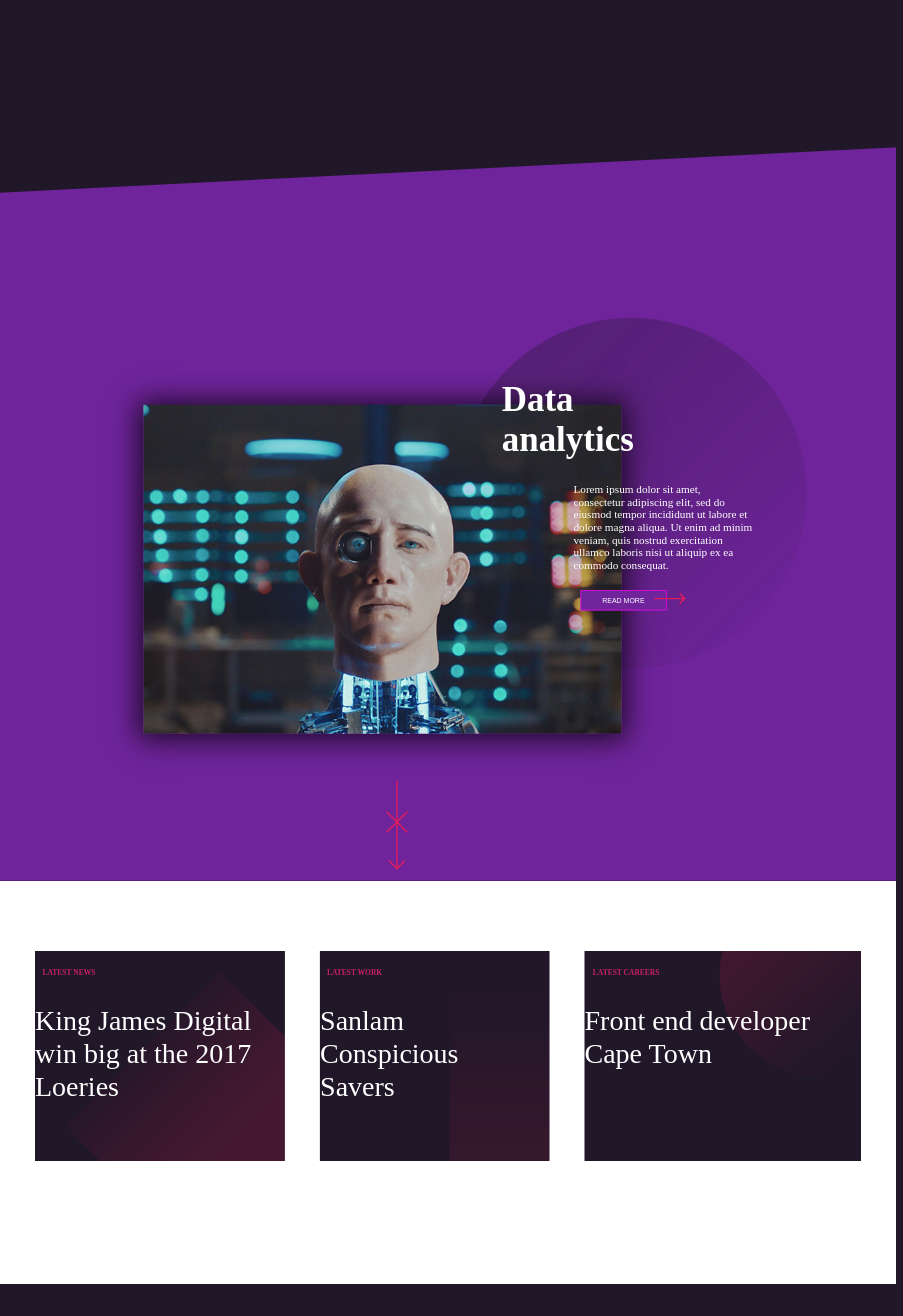
Repository: Ajtheult/King-James-Site
Page: index.html
An editor plug-in stored every save of this project. The page is shown before and after the next save, followed by the edit.
The browser window is 1280 px wide. The page is 1290 px wide, so the pictures cover 1290 px, including what lies to the right of the window. The pictures show the part of the page from y = 2051 to 3931 px (the page is 3931 px tall), at 70% of full size.
Some web fonts or font styles are not loaded; a fallback is used. The style sheet was rebuilt from its Sass, Less or Tailwind sources for each picture, by a compiler version that may differ from the author's.

Above is the page before, as saved 2020-08-21 14:37:33.

After the next save:
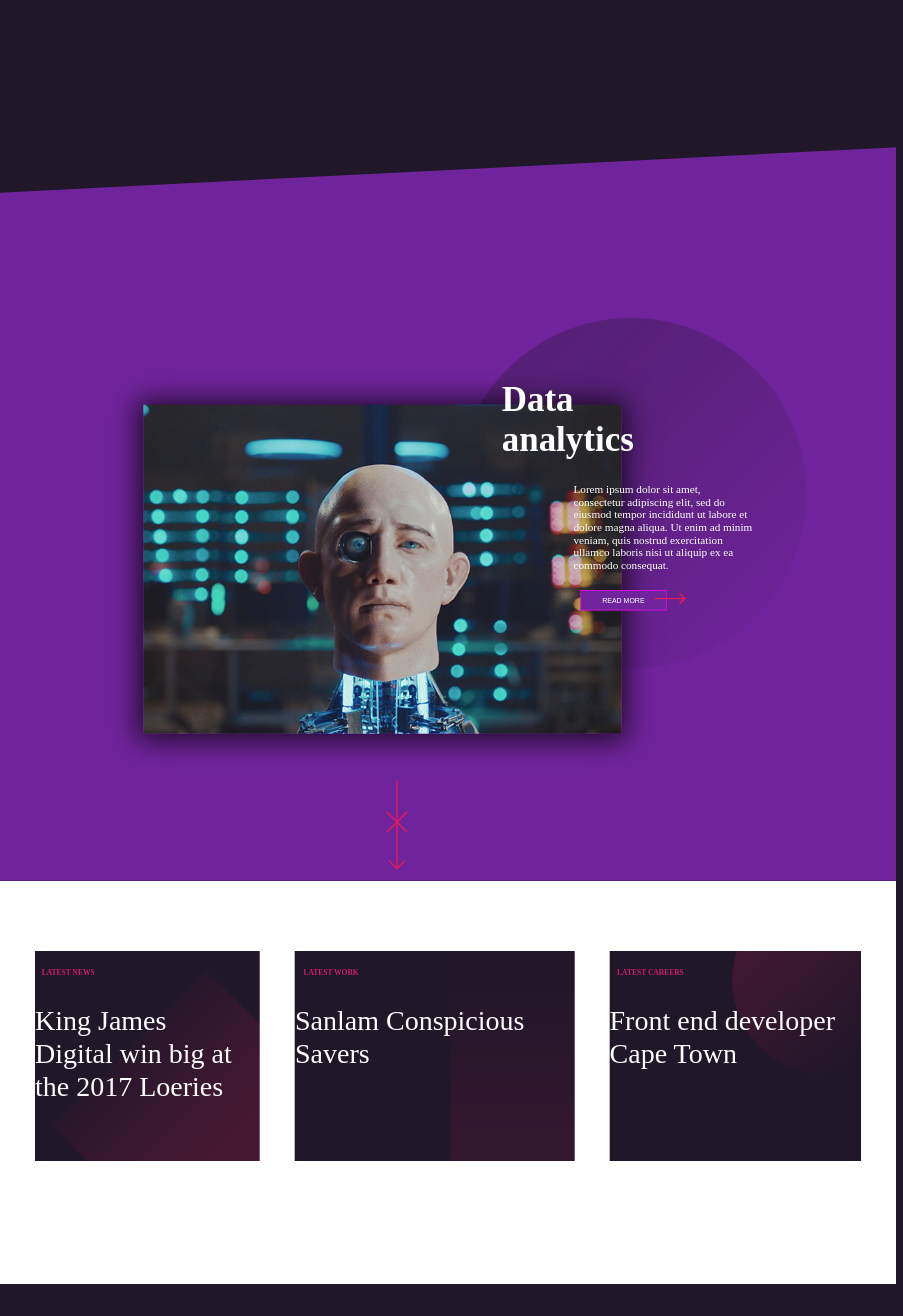
Saved 11 s later.
--- a/index.html
+++ b/index.html
@@ -135,8 +135,7 @@
         <div class="grid-item num_two">
           <h6>LATEST WORK</h6>
           <p>
-            Sanlam Conspicious <br />
-            Savers
+            Sanlam Conspicious Savers
           </p>
         </div>
         <div class="grid-item num_three">
